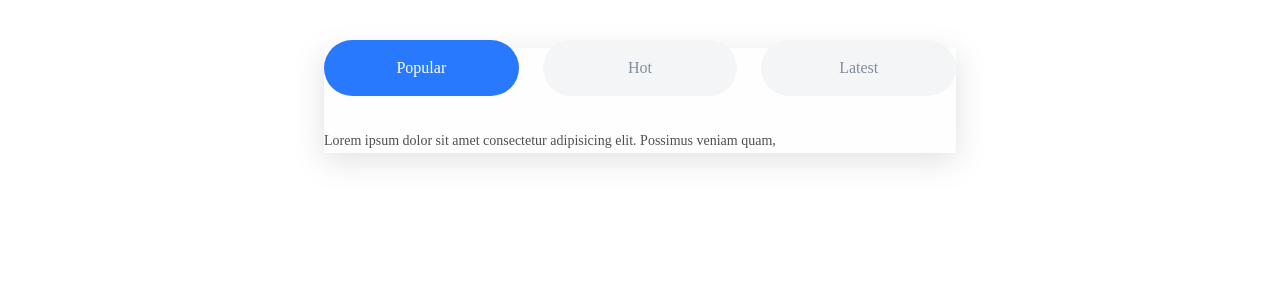
Repository: tungts3qb/Javascript
Page: tab.html
These files come from the project's save history. The page is drawn as it stood at one moment and after the next save; the edit follows.
The browser window is 1280 px wide. The pictures show the whole page.

Above is the page before, as saved 2022-12-25 01:02:02.

### tab.html
<!DOCTYPE html>
<html lang="en">
  <head>
    <meta charset="UTF-8" />
    <meta http-equiv="X-UA-Compatible" content="IE=edge" />
    <meta name="viewport" content="width=device-width, initial-scale=1.0" />
    <link rel="stylesheet" href="style.css" />
    <title>Tab</title>
  </head>
  <body>
    <div class="tab">
      <div class="tab-list">
        <div class="tab-item active">Popular</div>
        <div class="tab-item">Hot</div>
        <div class="tab-item">Latest</div>
      </div>
      <div class="tab-wrapper">
        <div class="tab-content active">
          <h3 class="post-title">
            Lorem ipsum dolor sit amet consectetur adipisicing elit. Possimus
            veniam quam,
          </h3>
        </div>

        <div class="tab-content">
          <h3 class="post-title">
            Lorem ipsum dolor sit amet consectetur adipisicing elit. Earum
            nostrum ullam quam repudiandae est corrupti et vero at non alias!
          </h3>
        </div>

        <div class="tab-content">
          <h3 class="post-title">
            Lorem ipsum dolor sit amet consectetur adipisicing elit. Vero
            aspernatur dolore quibusdam et, vel pariatur dolores minima ipsa
            voluptas repellat rem, blanditiis corporis fugiat aut ullam debitis
            at sunt aliquid?
          </h3>
        </div>
      </div>
    </div>
    <script src="./tab.js"></script>
  </body>
</html>

### style.css
.button {
  padding: 20px;
  color: white;
  background-color: #ffa400;
  border: 0;
  margin: 50px auto;
  display: block;
  width: 300px;
  font-family: "Poppins", sans-serif;
}

.change {
  display: block;
  padding: 15px 40px;
  border-radius: 10px;
  border: 0;
  color: white;
  font-family: "Poppins", sans-serif;
  margin: 50px auto;
  background-color: #3d6ef7;
}

.menu {
  width: 300px;
  position: fixed;
  top: 0;
  right: 0;
  bottom: 0;
  box-shadow: rgba(100, 100, 111, 0.2) 0px 7px 29px 0px;
  list-style: none;
  transform: translateX(100%);
  transition: transform 0.25s linear;
  margin-top: 0;
  margin-bottom: 0;
}

.menu.is-show {
  transform: translateX(0%);
}

.menu-link {
  display: block;
  padding: 20px 15px;
  color: #333;
  border-bottom: 1px solid #eee;
}

.header {
  padding: 20px;
  display: flex;
  align-items: center;
  justify-content: flex-end;
}

.menu-toggle {
  cursor: pointer;
  font-size: 30px;
  position: relative;
  z-index: 9999;
}

.menu-item a {
  text-decoration: none;
}

/* ============ Tab.html ============= */

.tab {
  margin: 3rem auto;
  width: 50%;
  background-color: #fefefe;
  box-shadow: rgba(100, 100, 111, 0.2) 0px 7px 29px 0px;
}

.tab-list {
  display: flex;
  justify-content: space-between;
  margin-bottom: 2.5rem;
  height: 40px;
  align-items: center;
  justify-content: center;
}

.tab-item {
  cursor: pointer;
  padding: 1.2rem 2rem;
  border-radius: 5rem;
  color: #818e9b;
  background-color: #f4f5f7;
  text-align: center;
  white-space: nowrap;
  font-weight: 500;
  flex: 1;
}

.tab-item.active {
  color: white;
  background-color: #2979ff;
  pointer-events: none;
}

.tab-item:not(:first-child) {
  margin-left: 1.5rem;
}

.tab-content {
  display: none;
}

.tab-content.active {
  display: block;
}

.post {
  display: flex;
  align-items: center;
}

.post:not(:first-child) {
  margin-bottom: 2rem;
}

.post-title {
  color: #4e4f51;
  font-weight: 300;
  line-height: 1.8;
  font-size: 14px;
}

Loaded but not shown: tab.js (no stored copy; drawn as an empty file)

After the next save:
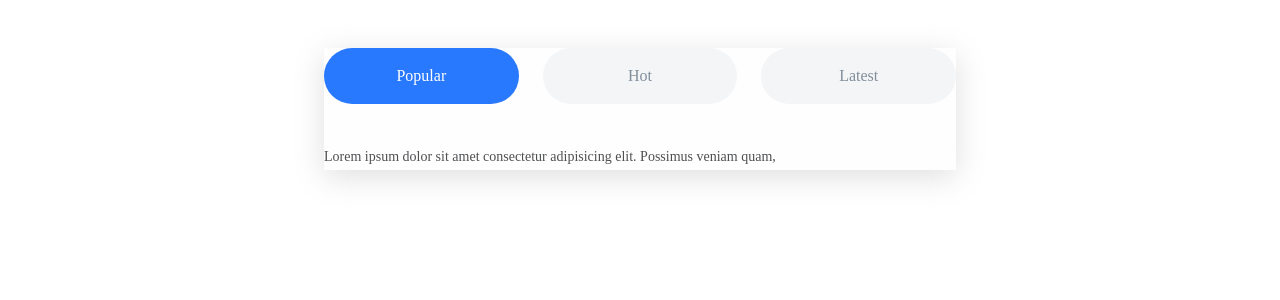
Saved 15 s later.
--- a/style.css
+++ b/style.css
@@ -76,9 +76,9 @@
   display: flex;
   justify-content: space-between;
   margin-bottom: 2.5rem;
-  height: 40px;
+  /* height: 40px;
   align-items: center;
-  justify-content: center;
+  justify-content: center; */
 }
 
 .tab-item {
